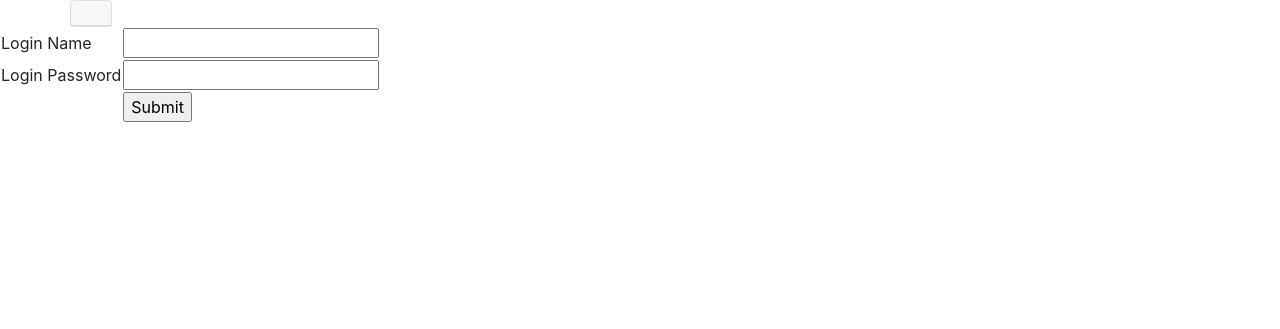
Repository: pyaephyotint22/Maven-Student-Course
Page: http://localhost/02-helloo-servlet/
The author's editor kept a copy of each file at every save. The page is drawn from the files as they stood at one save, then again after the next save.
The browser window is 1280 px wide. The pictures show the whole page.
The page is served by Tomcat 9.

Above is the page before, as saved 2020-12-15 05:34:01.

After the next save:
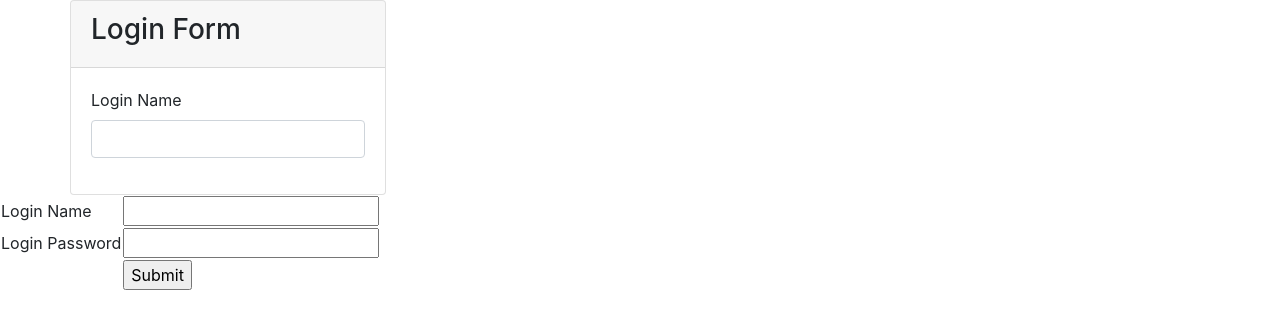
Saved 5 min 27 s later.
--- a/02-helloo-servlet/src/main/webapp/index.jsp
+++ b/02-helloo-servlet/src/main/webapp/index.jsp
@@ -13,10 +13,18 @@
 <body>
 <div class="container">
 	<div class="row">
-	<div class="card">
-	<div class="card-header">
-
-	</div>
+	   <div class="card">
+	        <div class="card-header">
+	           <h3>Login Form</h3>
+	       </div>
+		<div class="card-body">
+			<form action="login" class="form">
+				<div class="form-group">
+				<label for="">Login Name</label>
+				<input type="text" name="uname" class="form-control"/>
+				</div>
+			</form>
+		</div>
 	</div>
 	</div>
 </div>
